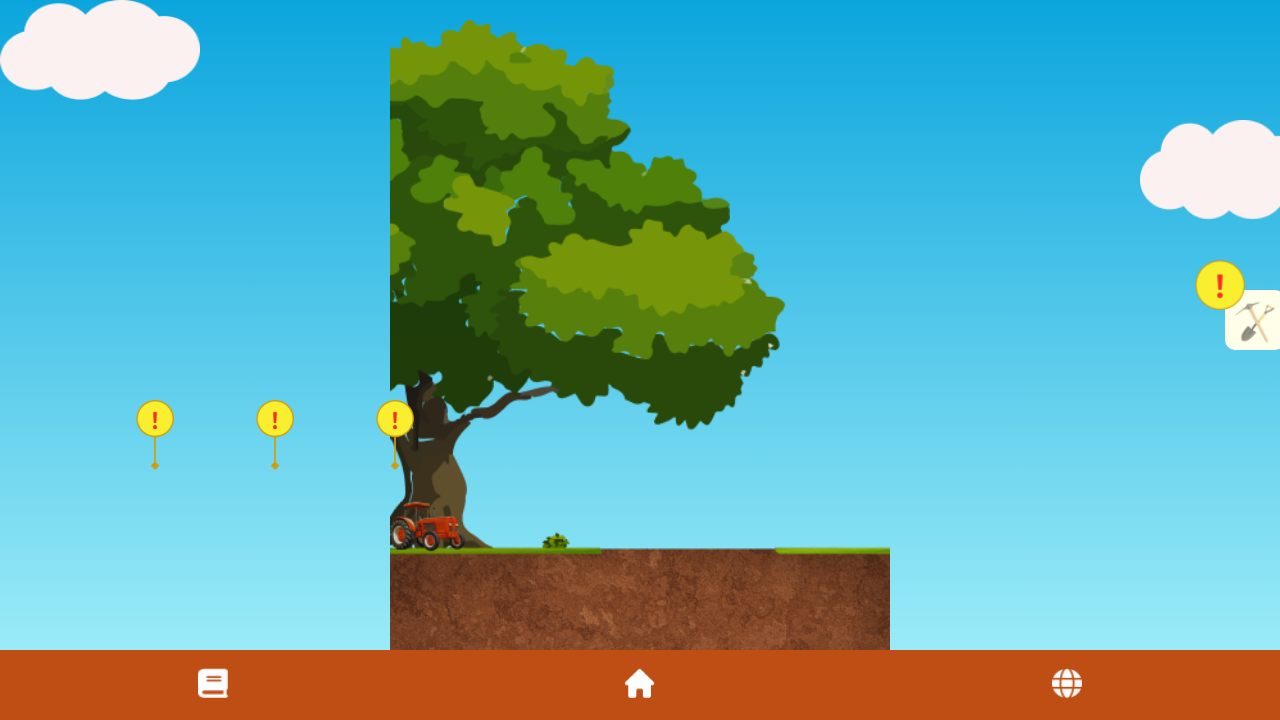
Repository: kobuchisouta/kome-app
Page: /
An editor plug-in stored every save of this project. The page is shown before and after the next save, followed by the edit.
The browser window is 1280 px wide. The pictures show the whole page.
The project was rebuilt for these pictures with package versions that can differ from the ones it lists, and the page was loaded fresh each time. The framework's server and built-in components were replaced by stand-ins that run in the browser. Also part of the build but not shown: next.config.ts.

Above is the page before, as saved 2025-01-29 11:07:17.

After the next save:
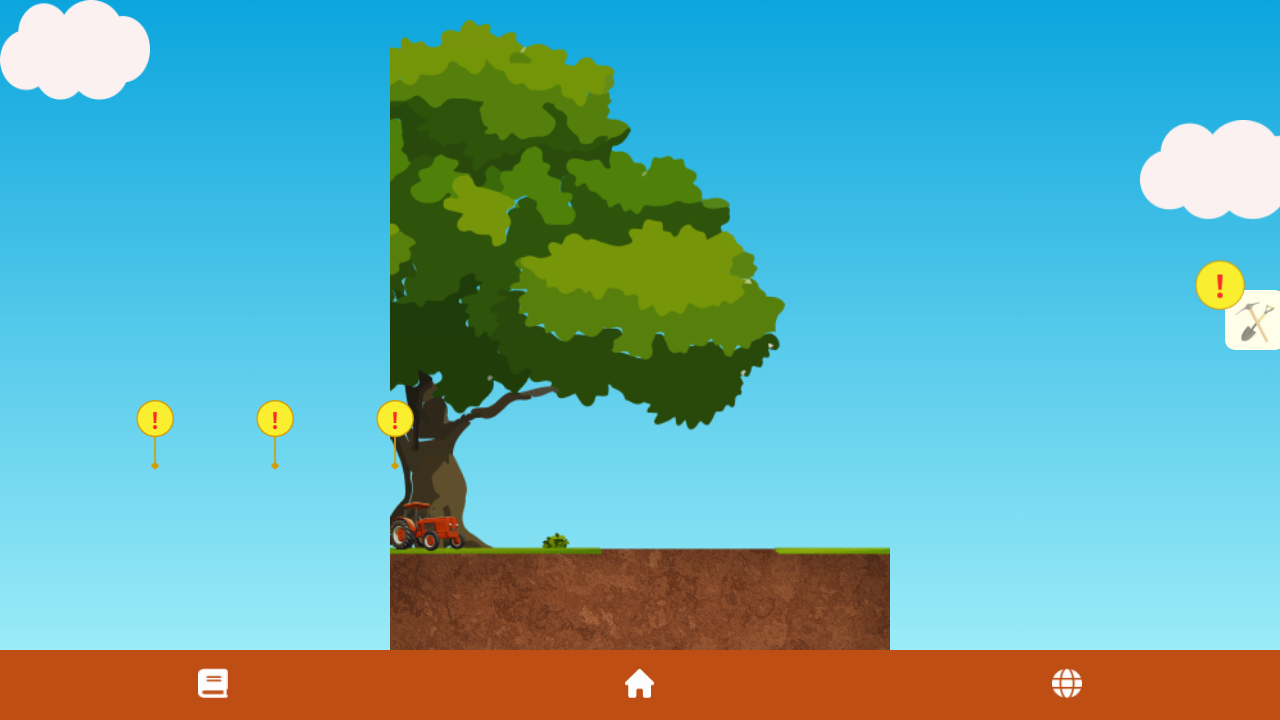
Saved 7 s later.
--- a/src/app/page.tsx
+++ b/src/app/page.tsx
@@ -23,7 +23,7 @@ export default function Home() {
         <div className={styles.contents}>
           <div className={styles.clouds}>
             <p className={styles.cloud1}>
-              <Image src="/cloud1.png" alt="雲" width={200} height={100} />
+              <Image src="/cloud1.png" alt="雲" width={150} height={100} />
             </p>
             <p className={styles.cloud2}>
               <Image src="/cloud2.png" alt="雲" width={170} height={100} />
